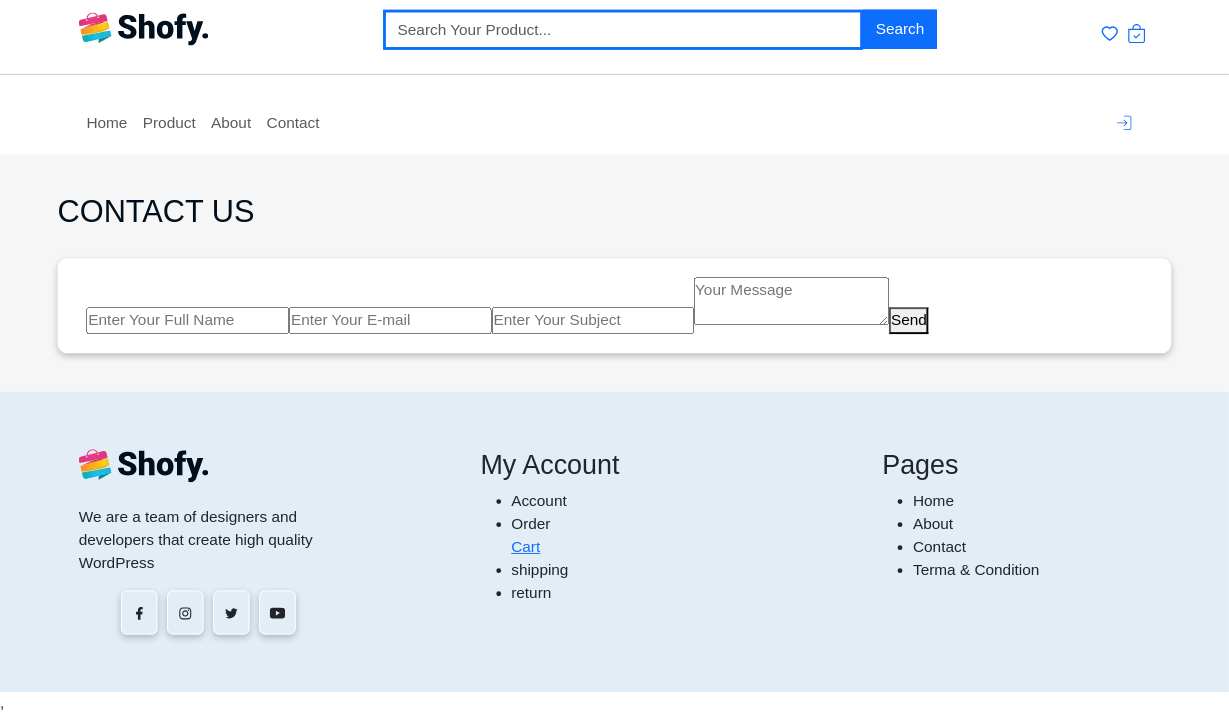
Repository: YomnaWegdan/E-commerce
Page: /contact
These files come from the project's save history. The page is drawn as it stood at one moment and after the next save; the edit follows.
The browser window is 1280 px wide. The pictures show the whole page, at 96% of full size.
The project was rebuilt for these pictures with package versions that can differ from the ones it lists, and the page was loaded fresh each time. Also part of the build but not shown: src/App.css, src/Pages/Home.css, src/Components/HomeProduct.js, src/Pages/Home.js, src/Pages/Product.js, src/Components/Cart/Cart.css, src/Components/Cart/Cart.js.

Above is the page before, as saved 2023-08-09 00:52:28.

### src/index.js
import React from 'react';
import ReactDOM from 'react-dom/client';
import './index.css';
import App from './App';
import reportWebVitals from './reportWebVitals';
import 'bootstrap/dist/css/bootstrap.min.css';
import { Auth0Provider } from '@auth0/auth0-react';
import { ContextProvider } from './Components/Context';

const root = ReactDOM.createRoot(document.getElementById('root'));
root.render(

  <ContextProvider>
  <Auth0Provider
  domain="dev-aamwpxlsfm3npzz6.us.auth0.com"
  clientId="MkjduxuJruldtmeMMgriskirViaGSRSW"
  authorizationParams={{
    redirect_uri: window.location.origin
  }}
>

  <App />
</Auth0Provider>,</ContextProvider>
);

// If you want to start measuring performance in your app, pass a function
// to log results (for example: reportWebVitals(console.log))
// or send to an analytics endpoint. Learn more: https://bit.ly/CRA-vitals
reportWebVitals();

### src/App.js
import { BrowserRouter , Routes , Route} from 'react-router-dom';
import './App.css';
import Navs from './Components/Navbar/Navs';
import Home from './Pages/Home';
import Footer from './Components/Footer/Footer';
import Product from './Pages/Product';
import Cart from './Components/Cart/Cart';
import Contact from './Pages/Contact';

function App() {
  return (
    <BrowserRouter>
    <Navs/>
    <Routes>
    <Route path='/' element={<Home/>}/>
    <Route path='/product' element={<Product/>}/>
    <Route path='/cart' element={<Cart/>}/>
    <Route path='/contact' element={<Contact/>}/>


    </Routes>
    <Footer/>

    </BrowserRouter>
  );
}

export default App;

### src/Components/Context.js
import {createContext  , useContext, useState} from "react"
import Productdetail from "../Pages/Productdetail";

export const Context = createContext(null);
export const useAppContext = () =>{
    const contextVar = useContext(Context);
    if(contextVar === undefined){
        throw new Error('Context must be within ContextProvider');
    }
    return contextVar;
}

export const ContextProvider = ({children}) =>{

    const [product , setProduct] = useState(Productdetail)
    const filterProduct = (product)=>{
        const update = Productdetail.filter((x)=>{
         return( x.Cat=== product )
        })
        setProduct(update)
      }
        const AllProducts = () =>{
          setProduct(Productdetail)
        }

        const searchBtn = (product) => {
    const change = Productdetail.filter((x) =>
    {
      return x.Cat === product
    })
    setProduct(change)
  }

  //Product_detail
  const [detail , setDetail] = useState([])
  const [close , setClose] = useState(false);

  const View = (product)=>{
    setDetail([{...product}])
    setClose(true)
  }

  //Cart
  const [cart , setCart] = useState([])

  const addToCart = (product)=>{
    const exist = cart.find((x)=>{
      return x.id === product.id
    })
    if(exist)
    {
      alert("This Product is already added to cart")
    }else{
      setCart([...cart, {...product, qty:1}])
      alert('Product is added to cart')
    }

  }
  console.log(cart)

  const increment =(product)=>{
    const exist = cart.find((x)=>{
        return x.id === product.id;
    })
    setCart(cart.map((el)=>{
      return el.id === product.id ? {...exist , qty: exist.qty +1}: el
    }))

}
const decrement =(product)=>{
  const exist = cart.find((x)=>{
    return x.id === product.id;
})
setCart(cart.map((el)=>{
  return el.id === product.id ? {...exist , qty: exist.qty -1}: el
}))
}

//Remove cart product
const removeproduct = (product) =>
{
    const exsit = cart.find((x) =>
    {
        return x.id === product.id
    })
    if(exsit.qty > 0)
    {
        setCart(cart.filter((x) =>
        {
            return x.id !== product.id
        }))
    }
}
const Totalprice = cart.reduce((price, item) => price + item.qty * item.Price, 0)


    return(
        <Context.Provider value={{ product , filterProduct, AllProducts , searchBtn , detail , View , close , setClose , addToCart , cart
          ,increment , decrement , removeproduct , Totalprice
         }}>
        {children}
        </Context.Provider>
    )}

### src/Components/Navbar/Navs.js
import { Fragment, useState } from 'react';
import Container from 'react-bootstrap/Container';
import Nav from 'react-bootstrap/Nav';
import Navbar from 'react-bootstrap/Navbar';
import Form from 'react-bootstrap/Form';
import Button from 'react-bootstrap/Button';
import Row from 'react-bootstrap/Row';
import Col from 'react-bootstrap/Col';
import logo from '../../img/logo.svg'
import { AiOutlineUser } from 'react-icons/ai';
import { CiLogin } from 'react-icons/ci';
import { CiLogout } from 'react-icons/ci';
import { AiOutlineHeart } from 'react-icons/ai';
import { BsBagCheck } from 'react-icons/bs';
import './Navs.css'
import { useAuth0 } from "@auth0/auth0-react";
import { useAppContext } from '../Context';
import { NavLink } from 'react-router-dom';

const Navs = () => {
  const { loginWithRedirect, logout , user, isAuthenticated } = useAuth0();
  const [search , setSearch] = useState()
  const {searchBtn} = useAppContext();


  return (
    <Fragment>
    <Navbar expand="lg" className='justify-content-between' >
      <Container>
        <Navbar.Brand href="/"><img src={logo} alt ='Logo'/></Navbar.Brand>
        <Navbar.Toggle aria-controls="basic-navbar-nav" />
        <Navbar.Collapse id="basic-navbar-nav" >
          <Nav className=" w-100 justify-content-center">
          <Form inline >
          <Row>
            <Col xs="auto">
              <Form.Control
                type="text"
                placeholder="Search Your Product..."
                className=" mr-sm-2  w-auto"
                value={search} onChange={(e)=>setSearch(e.target.value)}
              />

            </Col>
            <Col xs="auto" className=' m-sm-0'>
              <Button type="submit" onClick={()=>searchBtn(search)}  >Search</Button>
            </Col>
          </Row>
        </Form>
        </Nav>
        <Nav className=' justify-content-end'>
        {isAuthenticated &&
        (
        <Nav>
          <Nav.Link href="/" ><AiOutlineUser/></Nav.Link>
          <p className=' my-auto me-3' >Hello, {user.name}</p>
        </Nav>
        )}

        <NavLink to ="/"  className='mt-2 mx-1'><AiOutlineHeart/></NavLink>
        <NavLink to="/cart" className='mt-2 mx-1' ><BsBagCheck/></NavLink>

          </Nav>
        </Navbar.Collapse>
      </Container>
    </Navbar>
    <hr/>
    <Navbar expand="lg" >
    <Container>
      <Navbar.Toggle aria-controls="basic-navbar-nav "  />
      <Navbar.Collapse id="basic-navbar-nav" className=' justify-content-between'>
        <Nav className=" justify-content-start">
          <Nav.Link href="/">Home</Nav.Link>
          <Nav.Link href="/product">Product</Nav.Link>
          <Nav.Link href="/about">About</Nav.Link>
          <Nav.Link href="/contact">Contact</Nav.Link>
        </Nav>
        <Nav className="auth  ">
        {isAuthenticated?
                <Button onClick={() => logout({ logoutParams: { returnTo: window.location.origin } })}><CiLogout/></Button>:
                        <Button onClick={() => loginWithRedirect()}><CiLogin/></Button>
        }
        </Nav>
      </Navbar.Collapse>
    </Container>
  </Navbar></Fragment>
  )
}

export default Navs

### src/Components/Footer/Footer.js
import React from 'react'
import logo from '../../img/logo.svg'
import { AiOutlineInstagram } from 'react-icons/ai';
import { RiFacebookFill } from 'react-icons/ri';
import { AiOutlineTwitter } from 'react-icons/ai';
import { BsYoutube } from 'react-icons/bs';
import './Footer.css'
import { Link } from 'react-router-dom';

const Footer = () => {
  return (
    <div className='footer'>
    <div className='container d-flex justify-content-between '>
    <div className='about col-lg-3'>
    <div className='logo'>
        <img src={logo} alt='logo'></img>
    </div>
    <div className='detail'>
                    <p className=' mt-4'>We are a team of designers and developers that create high quality WordPress</p>
                    <div className='icon'>
                        <li><RiFacebookFill /></li>
                        <li><AiOutlineInstagram /></li>
                        <li><AiOutlineTwitter /></li>
                        <li><BsYoutube /></li>
                    </div>
                </div>
    </div>
    <div className='account col-lg-3'>
                <h3>My Account</h3>
                <ul>
                    <li>Account</li>
                    <li>Order</li>
                    <Link to='/cart'>Cart</Link>
                    <li>shipping</li>
                    <li>return</li>
                </ul>
            </div>
            <div className='page col-lg-3'>
                <h3>Pages</h3>
                <ul>
                    <li>Home</li>
                    <li>About</li>
                    <li>Contact</li>
                    <li>Terma & Condition</li>
                </ul>
            </div>
    </div>

    </div>
  )
}

export default Footer

### src/Pages/Contact.js
import React from 'react'
import './Contact.css'
const Contact = () => {
  return (
    <div>
    <div className='contact_container'>
    <div className='contant'>
    <h2>Contact Us</h2>
    <div className='form'>
    <form method='POST'>
    <input type='text' name='Name' value='' placeholder='Enter Your Full Name' required autoComplete='off'/>
    <input type='email' name='E-mail' value='' placeholder='Enter Your E-mail' required autoComplete='off'/>
    <input type='text' name='Subject' value='' placeholder='Enter Your Subject' required autoComplete='off'/>
    <textarea name='Message' value='' placeholder='Your Message' required autoComplete='off'></textarea>
    <button type='submit'>Send</button>

    </form>
    </div>
    </div>
    </div>



    </div>
  )
}

export default Contact

### src/Pages/Productdetail.js
const Productdetail =
[
    {
        id:1,
        Title:"Galaxy Tab S6 Lite 10.4-inch Android Tablet 128GB.",
        Cat: 'Tablet',
        Price: '723',
        Img: require('../img/tp1.jpg')
    },
    {
        id:2,
        Title:"Tracker with IP67 Waterproof Pedometer Smart watch.",
        Cat: 'Smart Watch',
        Price: '168',
        Img: require('../img/tp2.jpg')
    },
    {
        id:3,
        Title:"Cancelling Headphones Wireless.",
        Cat: 'Headphone',
        Price: '49',
        Img: require('../img/tp3.jpg')
    },
    {
        id:4,
        Title:"Professional Camera 4K Digital Video Camera.",
        Cat: 'Camera',
        Price: '1049',
        Img: require('../img/tp4.jpg')
    },
    {
        id:5,
        Title:"Mini Portable PD 22.5W Fast Charging Powerbank.",
        Cat: 'Powerbank',
        Price: '49',
        Img: require('../img/tp5.jpg')
    },
    {
        id:6,
        Title:"CPU Cooler 2 Heat Pipes 12mm 4 Pin PWM RGB for Intel.",
        Cat: 'Electronics',
        Price: '156',
        Img: require('../img/tp6.png')
    },
    {
        id:7,
        Title:"Playstation 4 2TB Slim Gaming Console.",
        Cat: 'Gaming',
        Price: '2098',
        Img: require('../img/tp7.jpg')
    },
    {
        id:8,
        Title:"Mini Portable Mobile Phone Powerbank for iphone.",
        Cat: 'Electronics',
        Price: '386',
        Img: require('../img/tp8.jpg')
    },
    {
        id:9,
        Title:"Microsoft Surface Pro 8-13' Touchscreen.",
        Cat: 'Tablet',
        Price: '693',
        Img: require('../img/p9.jpg')
    },
    {
        id:10,
        Title:"Playstation 4 2TB Slim Gaming Console.",
        Cat: 'Gaming',
        Price: '5036',
        Img: require('../img/p10.jpg')
    },
    {
        id:11,
        Title:"Echo Show 5 (2nd Gen) Adjustable Stand | Charcoal",
        Cat: 'Electronics',
        Price: '198',
        Img: require('../img/p11.jpg')
    },
    {
        id:12,
        Title:"Echo Dot smart speaker",
        Cat: 'Electronics',
        Price: '793',
        Img: require('../img/p12.jpg')
    },
]
export default Productdetail;

### src/Components/Navbar/Navs.css
.navbar input{
    width: 500px !important;
    border: 3px solid #0D6EFD;
    border-radius: 0px !important;
    outline: none !important;


}
.navbar input:focus{
    outline: none !important;
}
.navbar button{
    margin-left: -24px;
    border-radius: 0px !important;
    height: 41px;
}
@media (max-width:1200px) {
    .navbar button{
        margin-left: 0;
    }
    .navbar input{
        width: 260px !important;
    }
}
.navbar svg{
    color: #0D6EFD;
    width: 20px;
    height: 20px;
}

.navbar a:hover{
    color: #0D6EFD;

}
.navbar p{
    width: max-content;
}
.navbar .auth button{
    background-color: white;
    border: none;
    margin: 5px;
}

### src/Components/Footer/Footer.css
.footer{
    background: #e3edf6;
    padding: 60px;
    text-align: start;
}
.footer .detail .icon{
    list-style: none;
    display: flex;
    justify-content: center;

}
.footer .detail .icon li{
    margin-right: 10px;
    border: 1px solid white;
    box-shadow: rgba(0, 0, 0, 0.24) 0px 3px 8px;
    padding: 10px;
    border-radius: 6px;

}
.footer .detail .icon li:hover{
    background-color: #0989ff;
    color: white;
    border: 1px solid #0989ff;
    transition: 0.5s;


}

.footer .account li:hover , .footer .page li:hover{
    color: #0989ff;
    cursor: pointer;
    transition: 0.5s;


}

### src/Pages/Product.css
*
{
    margin: 0;
    padding: 0;
    font-family: sans-serif;
    box-sizing: border-box;
}
.products
{
    padding: 30px 40px;
    width: 100%;

}
.products h3
{
    font-size: 42px;
    letter-spacing: 1px;
    text-transform: uppercase;
    font-weight: 300;
    color: #010f1c;
    margin-left: 4%;

}
.products p
{
    margin-top: 10px;
    color: #9a9a9a;
    margin-left: 4%;

}
.products .container
{
    margin-top: 30px;
    max-width: 100%;
    display: flex;
    justify-content: space-between;
}
.products .container .filter
{
    padding: 20px 30px;
    display: flex;
    justify-content:flex-start;
    flex-wrap: wrap;
}
.products .container .filter .categories h3
{
    color: #010f1c;
    font-size: 16px;
    text-transform: uppercase;
    font-weight: 600;
}
.products .container .filter .categories ul
{
    margin-top: 10px;
}
.products .container .filter .categories ul li
{
    list-style: none;
    margin-top: 20px;
    color: #010f1c;
    cursor: pointer;
}
.products .container .productbox
{
    margin-right: 0%;
    display: flex;
    justify-content: space-between;
    flex-wrap: wrap;
    width: 80%;

}

.products .container .productbox .contant{
    display: flex;
    justify-content:flex-end;
    flex-wrap: wrap;


}
.products .container .productbox .contant .box
{
    padding: 10px 20px;
    overflow: hidden;
    width: 280px;
    height: 400px;
    border: 1px solid #e2e0e0;
    margin-bottom: 20px;
    transition: 0.5s;
    cursor: pointer;
    border-radius: 5px;
    margin-right: 20px;
}
.products .container .productbox .contant .box:hover
{
    box-shadow: rgba(0, 0, 0, 0.24) 0px 3px 8px;
}
.products .container .productbox .contant .box .img_box
{
    display: flex;
    justify-content: space-between;
    border-bottom: 1px solid #e2e0e0;
}
.products .container .productbox .contant .box .img_box img
{
    width: 300px;
    height: 250px;
    margin-right: 50px;
}
.products .container .productbox .contant .box .img_box .icon
{
    z-index: 1;
    position: relative;
    right: 0;
    display: flex;
    flex-direction: column;
    margin-top: 20px;
    transition: 0.5s;
}
.products .container .productbox .contant .box:hover .img_box .icon
{
    transform: translateX(-130px);
}
.products .container .productbox .contant .box .img_box .icon li
{
    list-style: none;
    padding: 10px 10px;
    color: #010f1c;
    cursor: pointer;
    box-shadow: rgba(0, 0, 0, 0.24) 0px 3px 8px;
    background: #fff;
    transition: 0.5s;
    font-size: 18px;
}
.products .container .productbox .contant .box .img_box .icon li:hover
{
    background: #0989ff;
    color: #fff;
}
.products .container .productbox .contant .box .detail
{
    margin-top: 10px;
}
.products .container .productbox .contant .box .detail h3
{
    font-size: 16px;
    margin-top: 5px;
    color: #010f1c;
    transition: 0.5s;
}
.products .container .productbox .contant .box:hover .detail h3
{
    color: #0989ff;
}
.products .container .productbox .contant .box .detail h4
{
    margin-top: 5px;
    font-size: 14px;
    color: #0989ff;
    letter-spacing: 1px;
}

.product_detail
{
    padding: 30px 40px;
    width: 100%;
    height: 120%;
    position: fixed;
    z-index: 2;
    margin-top: -20%;
    background: rgba(0, 0, 0, 0.24);
}
.product_detail .container
{
    margin-top: 15%;
    width: 1000px;
    height: 550px;
    background: #fff;
    padding: 20px 30px;
    border-radius: 10px;
    box-shadow: rgba(0, 0, 0, 0.24) 0px 3px 8px;
}
.product_detail .container .closebtn
{
    margin-left: 100%;
    border: none;
    outline: none;
    background: none;
    font-size: 22px;
    cursor: pointer;
}
.product_detail .container .productbox
{
    max-width: 100%;
    display: flex;
    padding: 20px 30px;
    margin-top: 20px;
    justify-content: space-between;
    margin-top: 60px;
}
.product_detail .container .productbox .img-box
{
    padding: 20px 30px;
    width: 400px;
    height: 350px;
    background: #f1f1f1;
}
.product_detail .container .productbox .img-box img
{
    width: 250px;
    height: 250px;
}
.product_detail .container .productbox .detail
{
    margin-left: 30px;
    margin-top: 10px;
}
.product_detail .container .productbox .detail h4
{
    text-transform: uppercase;
    font-size: 14px;
    font-weight: 200;
    color: #9a9a9a;
    letter-spacing: 1px;
}
.product_detail .container .productbox .detail h2
{
    margin-top: 20px;
    font-size: 32px;
    color: #010f1c;
    text-transform: capitalize;
    letter-spacing: 1px;
}
.product_detail .container .productbox .detail p
{
    margin-top: 10px;
    color: #4a4a4a;
}
.product_detail .container .productbox .detail h3
{
    margin-top: 10px;
    color: #010f1c;
    font-size: 32px;
    letter-spacing: 1px;
}
.product_detail .container .productbox .detail button
{
    margin-top: 30px;
    padding: 15px 60px;
    font-size: 16px;
    color: #fff;
    background: #010f1c;
    transition: 0.5s;
    border: none;
    outline: none;
    cursor: pointer;
}
.product_detail .container .productbox .detail button:hover
{
    background: #0989ff;
}

### src/Pages/Contact.css
.contact_container{
    padding: 30px 40px;
    width: 100%;
    background: #f6f6f6;
}
.contact_container .contant{
    padding: 10px 20px;
    max-width: 100%;
}
.contact_container .contant h2{
    text-transform: uppercase;
    font-size: 32px;
    color: #010f1c;
    font-weight: 200;
}
.contact_container .contant .form{
    margin-top: 30px;
    padding: 20px 30px;
    background: #fff;
    border-radius: 10px;
    box-shadow: rgba(0, 0, 0, 0.24) 0px 3px 8px;

}
.contact_container .contant .form form input , .contact_container .contant .form form textarea{
    {
    padding: 10px 30px;
    border: none;
    outline: none;
    background: none;
    border-bottom: 1px solid #010f1c;
    width: 350px;
    margin-top: 20px;
    margin-left: 60px;
    display: flex;
    justify-content: center;
    align-items: center;
}
.contact_container .contant .form form textarea{

}

Loaded but not shown: public/index.html (common file); src/index.css (common file); src/reportWebVitals.js (common file)

After the next save:
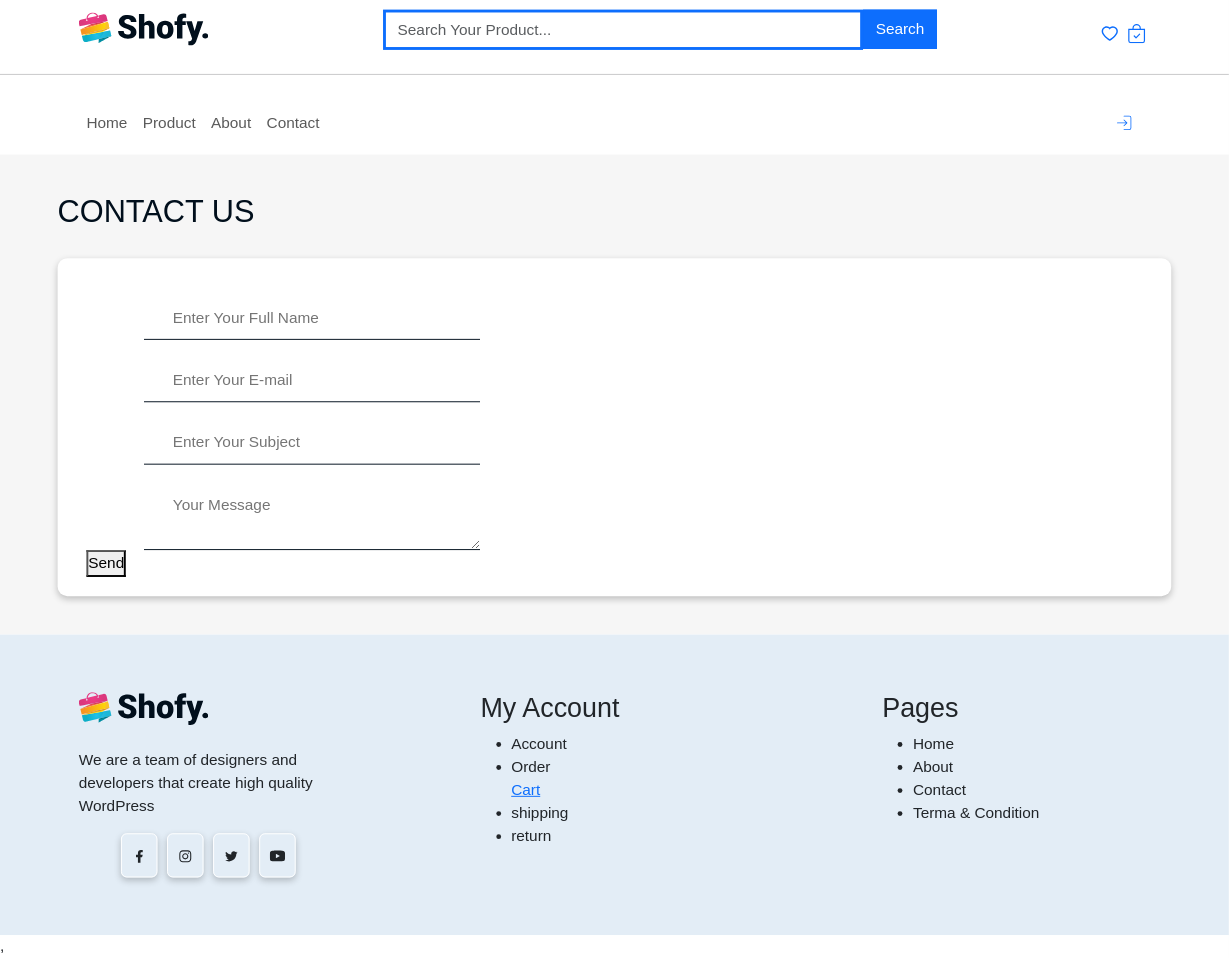
Saved 7 s later.
--- a/src/Pages/Contact.css
+++ b/src/Pages/Contact.css
@@ -22,7 +22,7 @@
 
 }
 .contact_container .contant .form form input , .contact_container .contant .form form textarea{
-    {
+
     padding: 10px 30px;
     border: none;
     outline: none;
